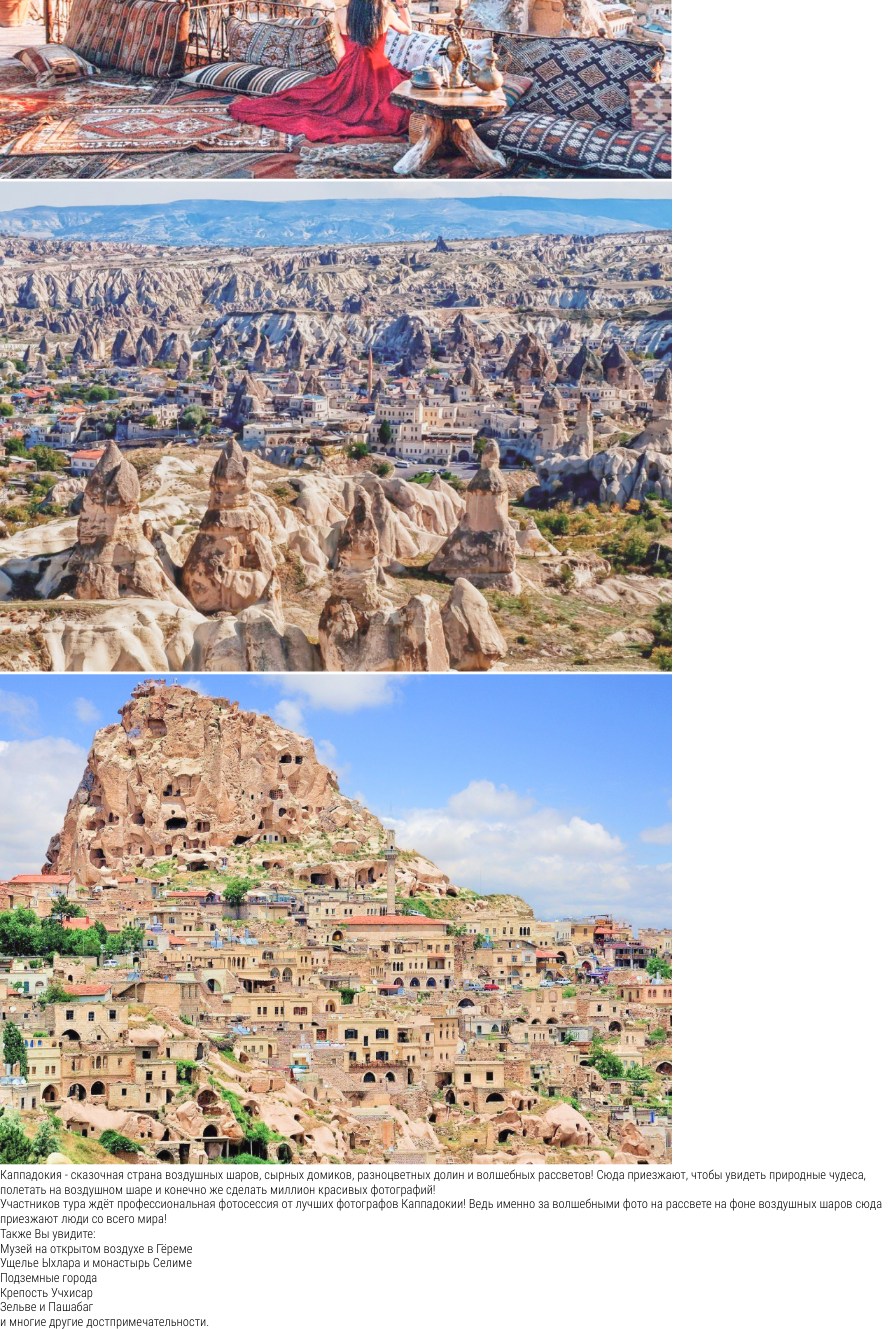
Repository: Lareeman/cappadocia
Page: index.html
An editor plug-in stored every save of this project. The page is shown before and after the next save, followed by the edit.
The browser window is 1280 px wide. The pictures show the part of the page from y = 1185 to 3105 px (the page is 3084 px tall before and 3105 px after), at 70% of full size.

Above is the page before, as saved 2024-01-27 10:52:42.

After the next save:
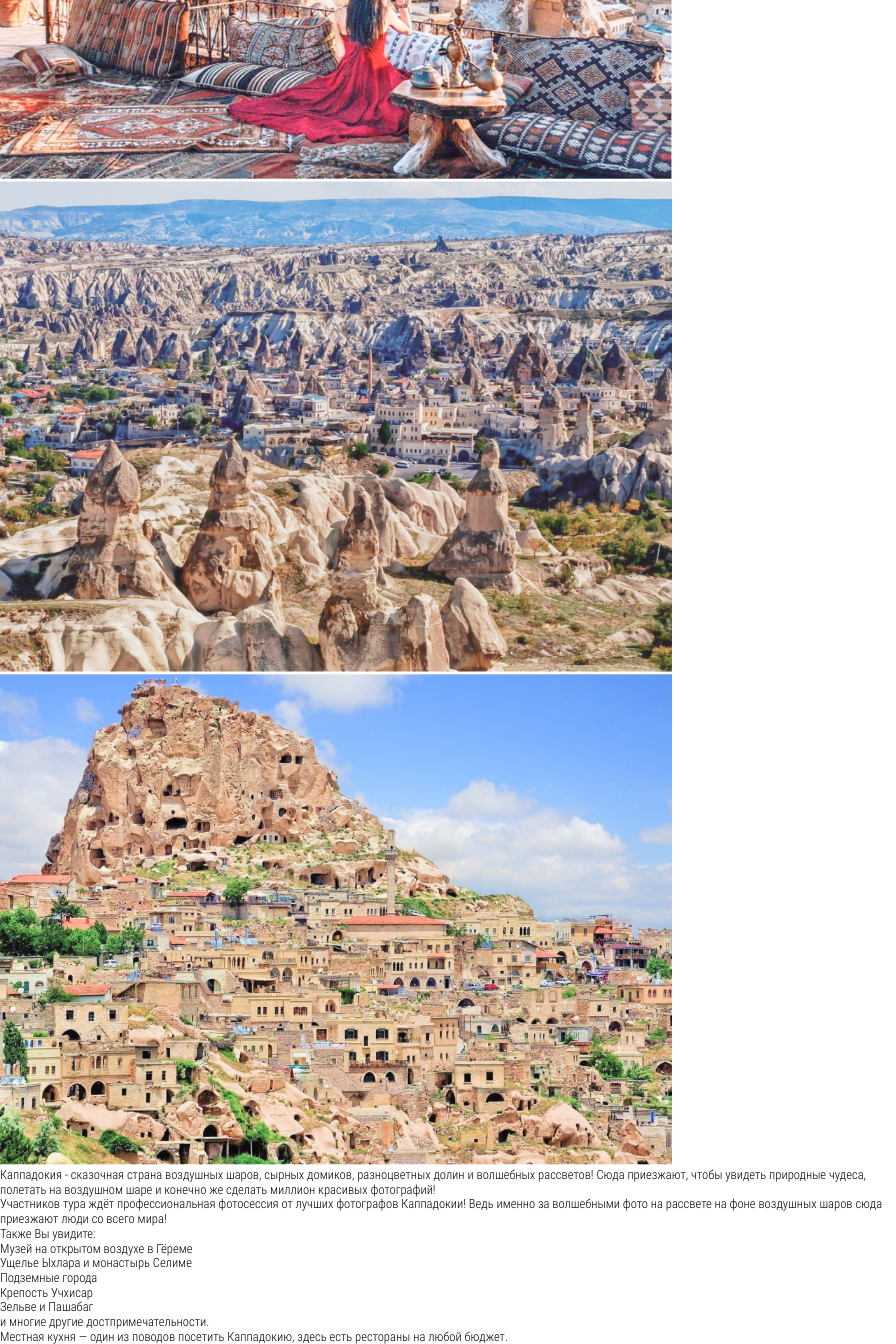
Saved 4 s later.
--- a/index.html
+++ b/index.html
@@ -61,7 +61,7 @@
               <li>Зельве и Пашабаг</li>
             </ul>
             <p class="fairy__text">и многие другие достпримечательности.</p>
-            <p class="fairy__text"></p>
+            <p class="fairy__text">Местная кухня — один из поводов посетить Каппадокию, здесь есть рестораны на любой бюджет.</p>
           </div>
         </div>
       </div>
